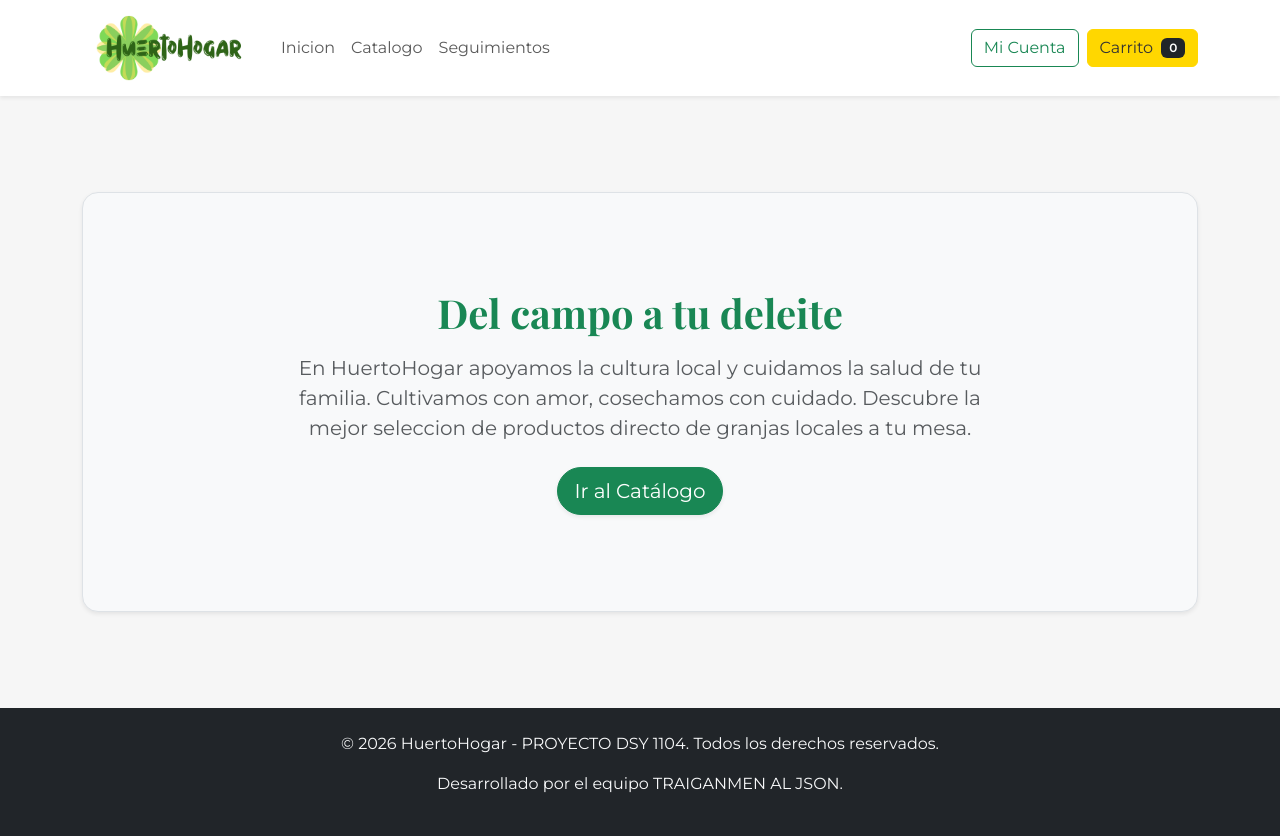
Repository: RottZen/Ev_1_Huerto_Hogar
Page: 1_inicio/index.html
An editor plug-in stored every save of this project. The page is shown before and after the next save, followed by the edit.
The browser window is 1280 px wide. The pictures show the whole page.

Above is the page before, as saved 2026-09-08 16:32:58.

### 1_inicio/index.html
<!DOCTYPE html>
<html lang="es">
<head>
    <meta charset="UTF-8">
    <meta name="viewport" content="width=device-width, initial-scale=1.0">
    <title>Plantilla Base - HuertoHogar</title>
    <link href="https://cdn.jsdelivr.net/npm/bootstrap@5.3.2/dist/css/bootstrap.min.css" rel="stylesheet">
    <link href="https://fonts.googleapis.com/css2?family=Montserrat:wght@400;600&family=Playfair+Display:wght@600;700&display=swap" rel="stylesheet">
    <link rel="stylesheet" href="../7_comunes/global.css">
    <link rel="stylesheet" href="index.css">

</head>
<body class="d-flex flex-column min-vh-100">
    <!-- menu de navegacion -->
    <header>
        <nav class="navbar navbar-expand-lg nav-light bg-white shadow-sm">
            <div class="container">
                <a class="navbar-brand" href="../1_inicio/index.HTML">
                    <img src="../assets/img/logo.png" alt="Logo HuertoHogar" class="logo-header d-inline-block align-text-center">
                </a>
                <button class="navbar-toggler" type="button" data-bs-toggle="collapse" data-bs-target="#menuNavegacion">
                    <span class="navbar-toggler-icon"></span>
                </button>

                <div class="collapse navbar-collapse" id="menuNavegacion">
                    <ul class="navbar-nav me-auto mb-2 mb-lg-0">
                        <li class="nav-item"><a class="nav-link" href="../1_inicio/index.html">Inicion</a></li>
                        <li class="nav-item"><a class="nav-link" href="../2_catalogo/catalogo.html">Catalogo</a></li>
                        <li class="nav-item"><a class="nav-link" href="../6_seguimiento/rastreo.html">Seguimientos</a></li>
                    </ul>
                    <div class="d-flex gap-2">
                        <a href="../4_autenticacion/registro.html" class="btn btn-outline-success">Mi Cuenta</a>
                        <!-- boton del carrito de compras con contador dinamico js KU -->
                        <a href="../3_carrito/carrito.html" class="btn btn-warning">
                            Carrito <span class="badge bg-dark ms-1" id="contador-carrito">0</span>
                        </a>
                    </div>
                </div>
            </div>
        </nav>
    </header>

    <!-- MAIN CONTENEDOR DINAMICO -->
    <main class="container my-5 flex-grow-1">
        <section class="conyainer my-5 flex-grow-1">
            <section class="py-5 text-center container bg-light rounded-4 shadow-sm mb-5 border">
                <div class="row py-lg-5">
                    <div class="col-lg-8 col-md-8 mx-auto">
                        <h1 class="fw-bold text-success mb-3" style="font-family: 'Playfair Display' serif;">Del campo a tu deleite</h1>
                        <p class="lead text-muted mb-4">En HuertoHogar apoyamos la cultura local y cuidamos la salud de tu familia. Cultivamos con amor, cosechamos con cuidado. Descubre la mejor seleccion de productos directo de granjas locales a tu mesa.</p>
                        <!-- btn catalogo -->
                        <a href="../2_catalogo/catalogo.html" class="btn btn-success btn-lg px4 rounded-pill shadow-sm">Ir al Catálogo</a>

                    </div>
                </div>
            </section>

        </section>




    </main>
    <footer class="bg-dark text-light py-4 mt-auto">
        <div class="container text-center">
            <p>&copy; 2026 HuertoHogar - PROYECTO DSY 1104. Todos los derechos reservados.</p>
            <p>Desarrollado por el equipo TRAIGANMEN AL JSON.</p>
        </div>
    </footer>
    <script src="https://cdn.jsdelivr.net/npm/bootstrap@5.3.2/dist/js/bootstrap.bundle.min.js"></script>
    <script src="../7_comunes/datos.js"></script>





</body>
</html>

### 7_comunes/global.css
/* tipografia */
@import url('https://fonts.googleapis.com/css2?family=Montserrat:wght@400;600&family=Playfair+Display:wght@600;700&display=swap');

/* variable colores of */
:root{
    --blanco-suave: #f6f6f6;
    --verde-esmeralda: #2e8b57;
    --amarillo-mostaza: #ffd700;
    --marron-claro: #8B4513;
    --gris-oscuro: #333333;
    --gris-medio: #666666;

}
.logo-header{
    height: 70px;
    width: auto;
    object-fit: contain;

}

/* configuracion base */
body{
    background-color: var(--blanco-suave);
    color : var(--gris-oscuro);
    font-family: 'Montserrat', sans-serif;
}

h1, h2, h3, h4{
    font-family: 'Playfair Display', serif;
    color: var(--marron-claro)
}


/* sobreescribir botones feos de bootstrap */

.btn-primary{
    background-color: var(--verde-esmeralda) !important;
    border-color: var(--verde-esmeralda) !important;
    color: white !important;
}
.btn-primary:hover{
    background-color: #246b43 !important; /*mas oscurito pa q se note la interaccion */
    border-color: #246b43 !important;
}
.btn-warning{
    background-color: var(--amarillo-mostaza) !important;
    border-color: var(--amarillo-mostaza) !important;
    color: var(--gris-oscuro) !important;
}

### 7_comunes/datos.js
const productos = [
    {
        "Codigo": "FR001",
        "nombre": "Manzanas fuji",
        "categoria": "frutas",
        "precio": 1200,
        "unidad": "kg",
        "imagen": "../img/manzanas-fuji.jpg",
        "descripcion": "Jugosas y ricas en vitamina C, ideales para zumos frescos y refrescantes.",
        "origen": "Chile",
        "stock": 200
    },
    {
        "Codigo": "FR002",
        "nombre": "Naranjas Valencia",
        "categoria": "frutas",
        "precio": 1000,
        "unidad": "kg",
        "imagen": "../img/naranjas-valencia.jpg",
        "descripcion": "Jugosas y ricas en vitamina C, ideales para zumos frescos y refrescantes.",
        "origen": "Chile",
        "stock": 200
    },
    {
        "Codigo": "FR003",
        "nombre": "Plátanos Cavendish",
        "categoria": "frutas",
        "precio": 800,
        "unidad": "kg",
        "imagen": "../img/platanos-cavendish.jpg",
        "descripcion": "Plátanos maduros y dulces, perfectos para el desayuno o como snack energético.",
        "origen": "Chile",
        "stock": 250
    },
    {
        "Codigo": "VR001",
        "nombre": "Zanahorias Orgánicas",
        "categoria": "verduras",
        "precio": 900,
        "unidad": "kg",
        "imagen": "../img/zanahorias-organicas.jpg",
        "descripcion": "Zanahorias crujientes cultivadas sin pesticidas. Excelente fuente de vitamina A y fibra.",
        "origen": "Región de O'Higgins",
        "stock": 100
    },
    {
        "Codigo": "VR002",
        "nombre": "Espinacas Frescas",
        "categoria": "verduras",
        "precio": 700,
        "unidad": "bolsa 500g",
        "imagen": "../img/espinacas-frescas.jpg",
        "descripcion": "Espinacas frescas y nutritivas, perfectas para ensaladas y batidos verdes.",
        "origen": "Chile",
        "stock": 80
    },
    {
        "Codigo": "VR003",
        "nombre": "Pimientos Tricolores",
        "categoria": "verduras",
        "precio": 1500,
        "unidad": "kg",
        "imagen": "../img/pimientos-tricolores.jpg",
        "descripcion": "Pimientos rojos, amarillos y verdes, ideales para salteados y platos coloridos.",
        "origen": "Chile",
        "stock": 120
    },
    {
        "Codigo": "PO001",
        "nombre": "Miel Orgánica",
        "categoria": "organicos",
        "precio": 5000,
        "unidad": "frasco 500g",
        "imagen": "../img/miel-organica.jpg",
        "descripcion": "Miel pura y orgánica producida por apicultores locales. Rica en antioxidantes y con un sabor inigualable.",
        "origen": "Región de La Araucanía",
        "stock": 50
    },
    {
        "Codigo": "PO003",
        "nombre": "Quinua Orgánica",
        "categoria": "organicos",
        "precio": 3200,
        "unidad": "bolsa 1kg",
        "imagen": "../img/quinua-organica.jpg",
        "descripcion": "Quinua orgánica, alta en proteínas y libre de gluten, ideal para una alimentación saludable.",
        "origen": "Chile",
        "stock": 35
    },
    {
        "Codigo": "PL001",
        "nombre": "Leche Entera",
        "categoria": "lacteos",
        "precio": 1100,
        "unidad": "litro",
        "imagen": "../img/leche-entera.jpg",
        "descripcion": "Leche entera proveniente de granjas locales, rica en calcio y nutrientes esenciales.",
        "origen": "Chile",
        "stock": 90
    }
];


function obtenerCarrito() {
    const carritoGuardado = localStorage.getItem("carritoHuertoHogar");
    return carritoGuardado ? JSON.parse(carritoGuardado) : [];
}

function guardarCarrito(carrito) {
    localStorage.setItem("carritoHuertoHogar",JSON.stringify(carrito));
    actualizarContadorCarrito()
}

function agregarAlCarrito(codProducto,cantidad = 1) {
    const producto = productos.find(p => p.Codigo == codProducto);
    if (!producto){
        console.error("Producto no encontrado");
        return;
    }
    const carrito = obtenerCarrito();
    const itemExistente = carrito.find(item => item.Codigo == codProducto);
    if (itemExistente) {
        itemExistente.cantidad += cantidad;
    } else {
        carrito.push({
            "Codigo" : producto.Codigo,
            "nombre" : producto.nombre,
            "precio" : producto.precio,
            "imagen" : producto.imagen,
            "cantidad" : cantidad
        });
    }
    guardarCarrito(carrito)
}

function eliminarDelCarrito(codProducto) {
    let carrito = obtenerCarrito();
    carrito = carrito.filter(item => item.Codigo !== codProducto);
    guardarCarrito(carrito);
    renderizarCarrito();
}

function actualizarCantidad(codProducto, nuevaCantidad) {
    const carrito = obtenerCarrito();
    const item = carrito.find(item => item.Codigo === codProducto);

    if (item && nuevaCantidad > 0) {
        item.cantidad = nuevaCantidad;
        guardarCarrito(carrito);
        renderizarCarrito();
    }
}

function calcularTotalCarrito() {
    const carrito = obtenerCarrito();
    return carrito.reduce((total, item) => total + (item.precio * item.cantidad), 0);
}

function actualizarContadorCarrito() {
    const contador = document.querySelector("#contador-carrito");
    if (!contador) {
        return;
    }
    const carrito = obtenerCarrito();
    const productostotales = carrito.reduce((total, item) => total + item.cantidad, 0);
    contador.textContent = productostotales;
}

function renderizarProductos(listaProductos = productos) {
    const contenedor = document.querySelector(".grid-productos");
    if (!contenedor) return;

    contenedor.innerHTML = "";

    listaProductos.forEach(producto => {
        const tarjeta = document.createElement("article");
        tarjeta.classList.add("tarjeta-producto");
        tarjeta.innerHTML = `
            <img src="${producto.imagen}" alt="${producto.nombre}">
            <h3>${producto.nombre}</h3>
            <p class="origen">${producto.origen}</p>
            <p class="precio">$${producto.precio.toLocaleString("es-CL")} / ${producto.unidad}</p>
            <button class="btn" onclick="agregarAlCarrito('${producto.Codigo}')">Agregar al carrito</button>
        `;
        contenedor.appendChild(tarjeta);
    });
}

function filtrarPorCategoria(categoria) {
    if (categoria === "todos") {
        renderizarProductos(productos);
    } else {
        const filtrados = productos.filter(p => p.categoria === categoria);
        renderizarProductos(filtrados);
    }
}

// Dibuja el contenido del carrito en carrito.html
function renderizarCarrito() {
    const contenedor = document.querySelector("#tabla-carrito");
    if (!contenedor) return;

    const carrito = obtenerCarrito();
    contenedor.innerHTML = "";

    if (carrito.length === 0) {
        contenedor.innerHTML = '<tr><td colspan="5" class="text-center py-4 text-muted">El carrito está vacío</td></tr>';
    } else {
        carrito.forEach(item => {
            const fila = document.createElement("tr");
            fila.classList.add("item-carrito");
            fila.innerHTML = `
                <td class="d-flex align-items-center">
                    <img src="${item.imagen}" alt="${item.nombre}" style="width : 50px; height: 50px; object-fit: cover;" class= "rounded me-2">
                    <span>${item.nombre}</span>
                </td>
                <td>$${item.precio.toLocaleString("es-CL")}</td>
                <td>
                    <input type="number" class="form-control form-control-sm" style="width: 70px;" min="1" value="${item.cantidad}"
                        onchange="actualizarCantidad('${item.Codigo}', parseInt(this.value))">

                </td>
                <td>
                    <span class="fw-bold text-success ms-2">
                    $${(item.precio * item.cantidad).toLocaleString("es-CL")}</span>
                </td>
                <td>
                    <button class="btn btn-danger btn-sm" onclick="eliminarDelCarrito('${item.Codigo}')">Eliminar</button>
                </td>
                `;
                contenedor.appendChild(fila);
            });
        }

    const totalElemento = document.querySelector("#total-carrito");
    const subtotalElemento = document.querySelector("#subtotal-carrito");

    if (totalElemento && subtotalElemento) {
        const totalCalculado = calcularTotalCarrito().toLocaleString("es-CL");
        subtotalElemento.textContent = `Subtotal: $${totalCalculado} CLP`;
        totalElemento.textContent = `Total: $${calcularTotalCarrito().toLocaleString("es-CL")}`;
    }
}

document.addEventListener("DOMContentLoaded", () => {
    actualizarContadorCarrito();
    renderizarProductos();
    renderizarCarrito();
})

Loaded but not shown: 1_inicio/index.css (no stored copy; drawn as an empty file)

After the next save:
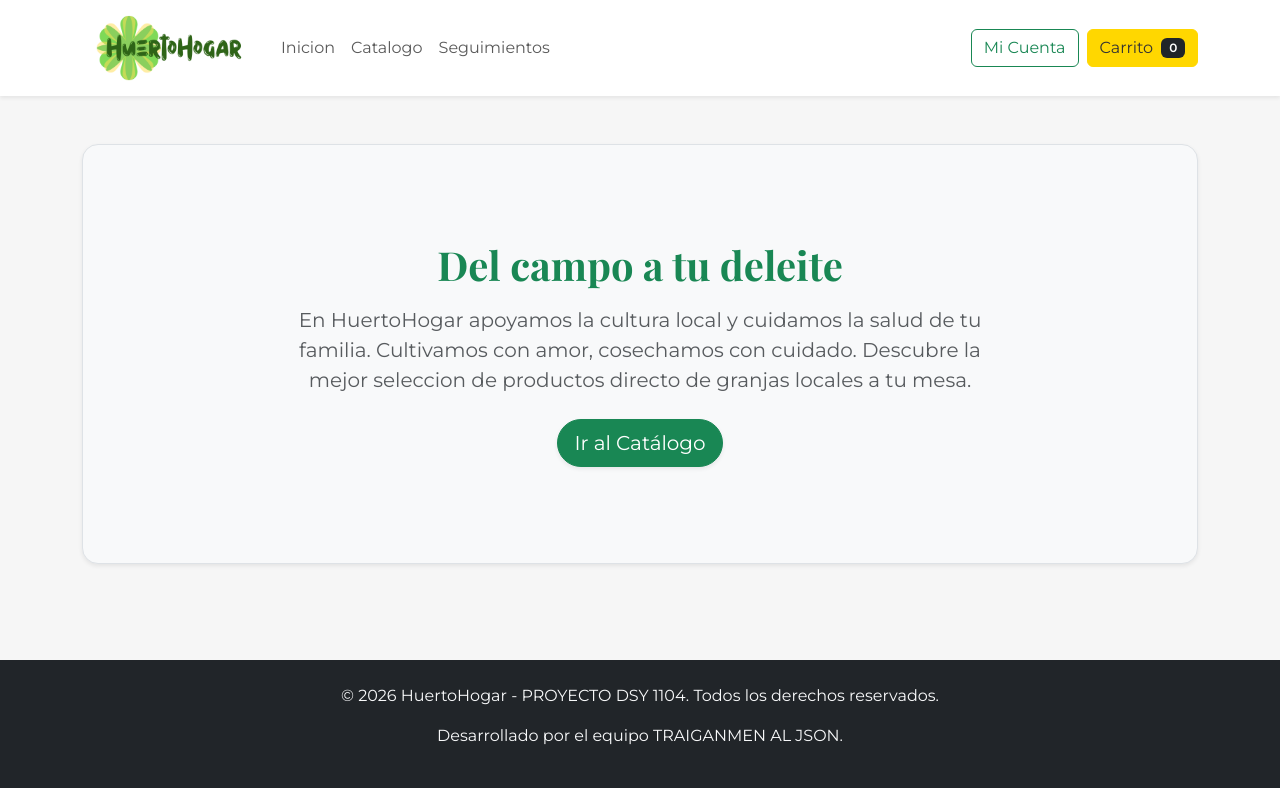
Saved 2 min 16 s later.
--- a/1_inicio/index.html
+++ b/1_inicio/index.html
@@ -42,7 +42,7 @@
 
     <!-- MAIN CONTENEDOR DINAMICO -->
     <main class="container my-5 flex-grow-1">
-        <section class="conyainer my-5 flex-grow-1">
+
             <section class="py-5 text-center container bg-light rounded-4 shadow-sm mb-5 border">
                 <div class="row py-lg-5">
                     <div class="col-lg-8 col-md-8 mx-auto">
@@ -55,7 +55,7 @@
                 </div>
             </section>
 
-        </section>
+
 
 
 
